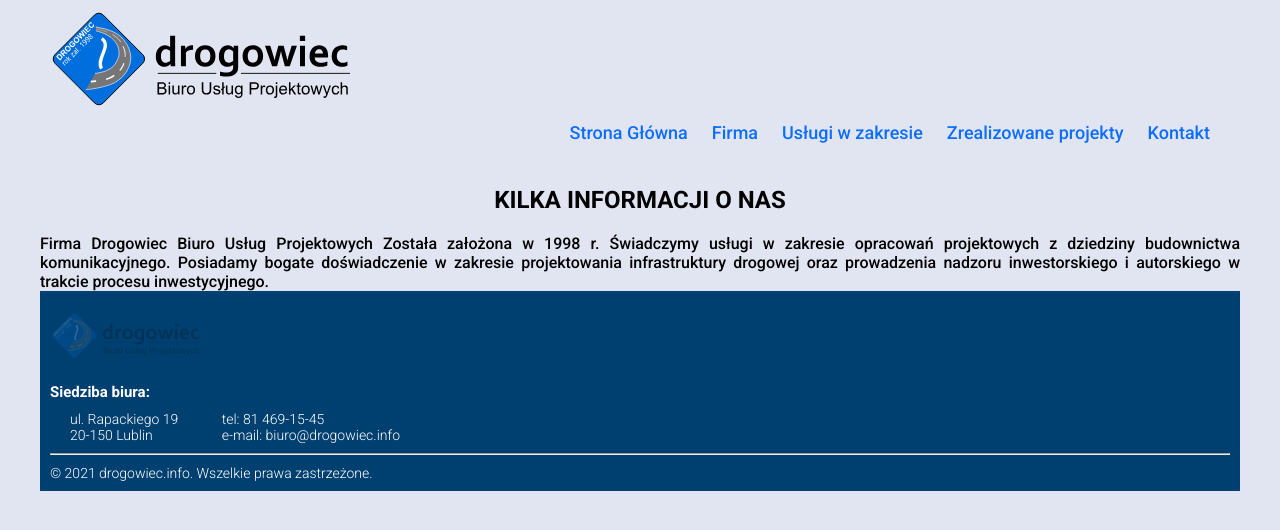
Repository: AdamBodzak/WTF_v2
Page: index.html
An editor plug-in stored every save of this project. The page is shown before and after the next save, followed by the edit.
The browser window is 1280 px wide. The pictures show the whole page.

Above is the page before, as saved 2021-01-08 15:59:51.

After the next save:
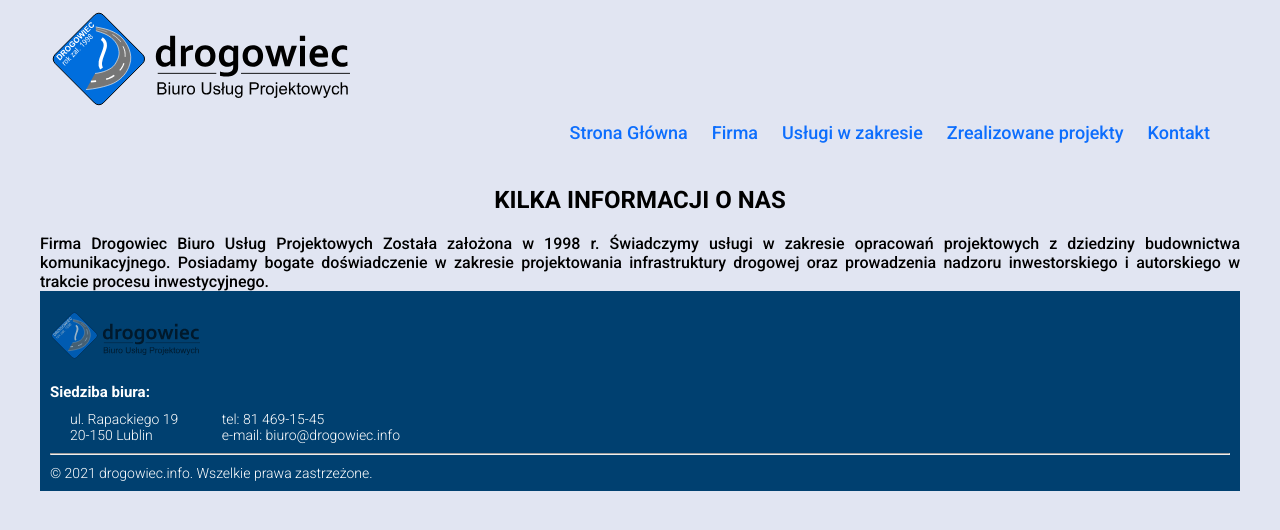
Saved 8 s later.
--- a/style.css
+++ b/style.css
@@ -61,7 +61,7 @@
 
 #logoFooter {
     width: 150px;
-    opacity: 0.2;
+    opacity: 0.6;
 }
 
 .dd {
